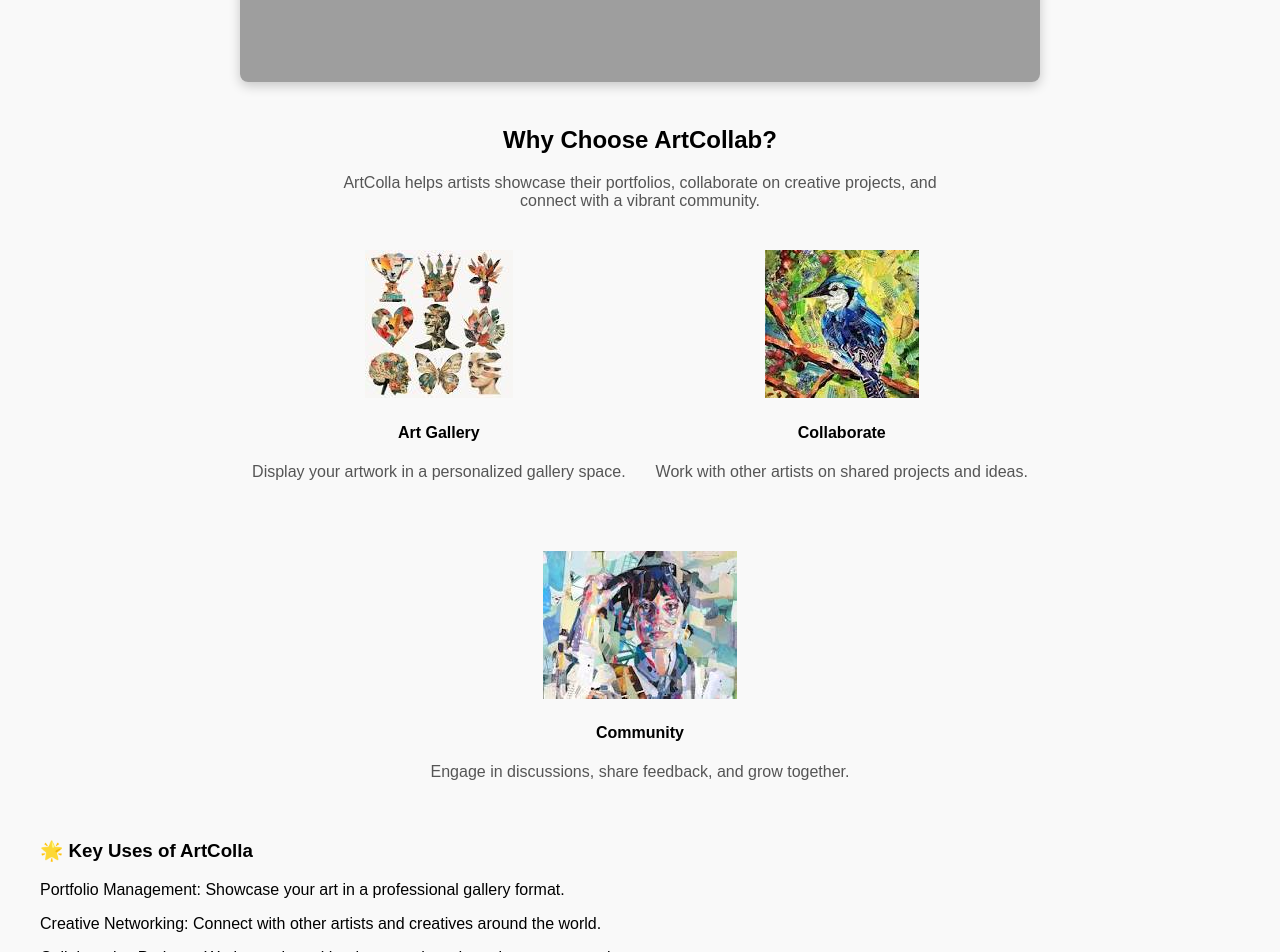
Repository: jeevanReddyP/ArtCollab_App
Page: index.html
An editor plug-in stored every save of this project. The page is shown before and after a run of saves, followed by the edit.
The browser window is 1280 px wide. The pictures show the part of the page from y = 416 to 1368 px (the page is 1541 px tall before and 1250 px after).
Pictures or frames that could not be fetched are drawn as grey boxes.

Above is the page before, as saved 2025-06-11 16:50:51.

After the next 2 saves:
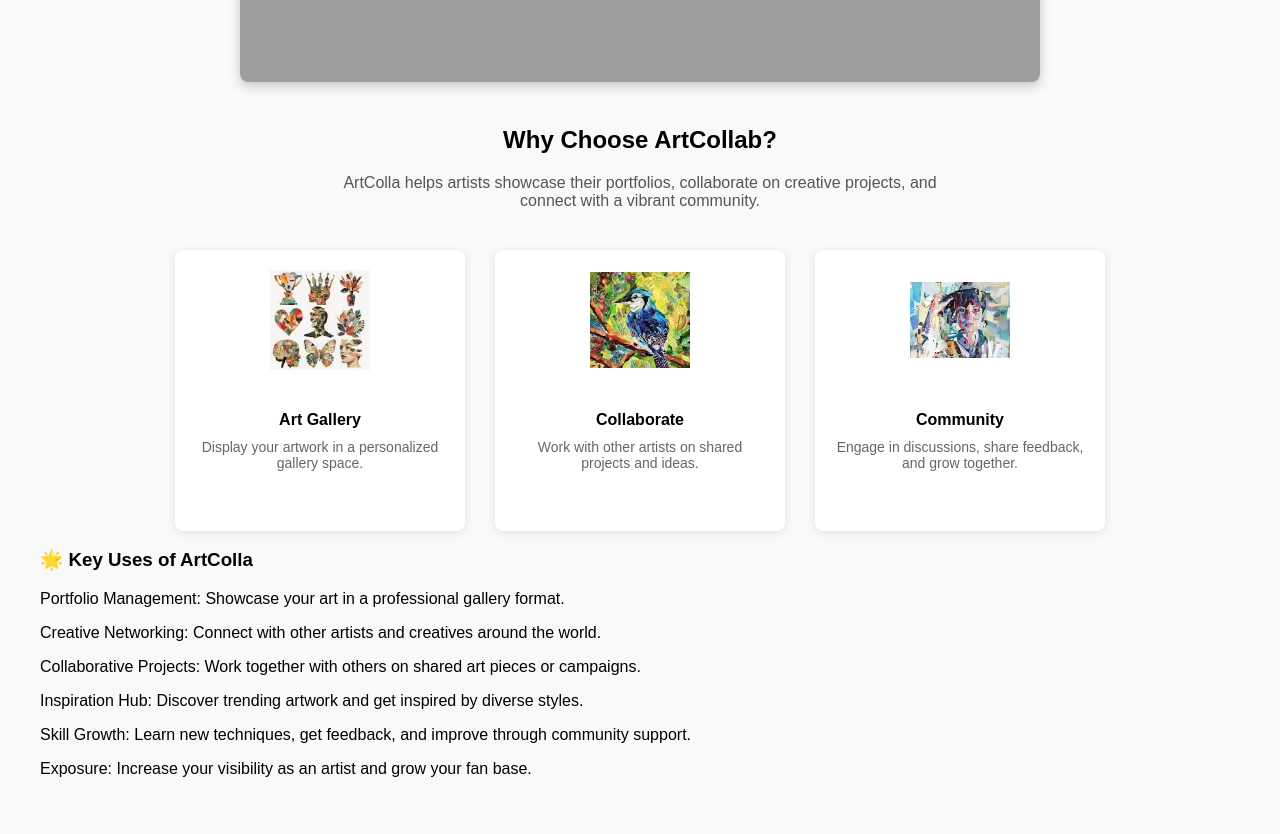
The 2 saves are shown as one change because they came seconds apart.
The last was saved 17 s later.
--- a/index.css
+++ b/index.css
@@ -70,3 +70,27 @@ transition: backgroun-color 0.3s;
   justify-content: center;
   gap: 30px;
 }
+.feature {
+  background-color: white;
+  padding: 20px;
+  border-radius: 8px;
+  width: 250px;
+  box-shadow: 0 2px 8px rgba(0,0,0,0.1);
+  text-align: center;
+}
+
+.feature img {
+  width: 100px;
+  height: 100px;
+  object-fit: contain;
+  margin-bottom: 15px;
+}
+
+.feature h4 {
+  margin-bottom: 10px;
+}
+
+.feature p {
+  font-size: 14px;
+  color: #666;
+}
